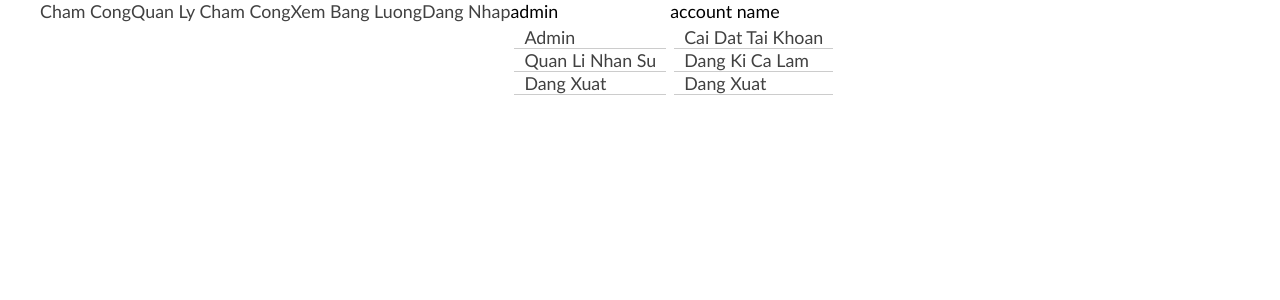
Repository: LDDUNG2003/a
Page: index.html
An editor plug-in stored every save of this project. The page is shown before and after the next save, followed by the edit.
The browser window is 1280 px wide. The pictures show the whole page.

Above is the page before, as saved 2023-10-13 23:38:57.

After the next save:
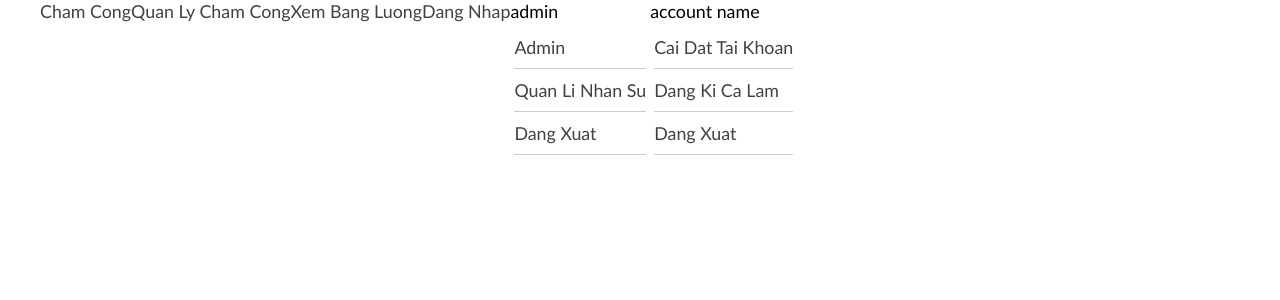
Saved 9 s later.
--- a/controlView/css/base.css
+++ b/controlView/css/base.css
@@ -49,6 +49,6 @@ body {
 }
 
 .account--item {
-    padding: 0px 10px;
+    padding: 10px 0px;
     border-bottom: solid 1px #ccc;
 }
